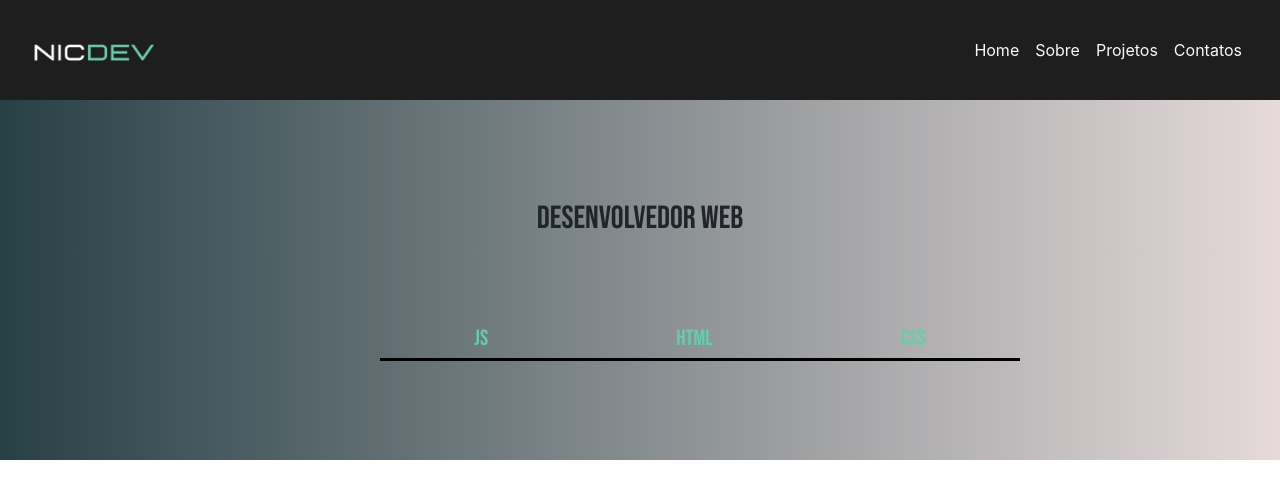
Repository: Leonngc/nicdev
Page: index.html
These files come from the project's save history. The page is drawn as it stood at one moment and after the next save; the edit follows.
The browser window is 1280 px wide. The pictures show the whole page.

Above is the page before, as saved 2023-04-14 10:45:50.

After the next save:
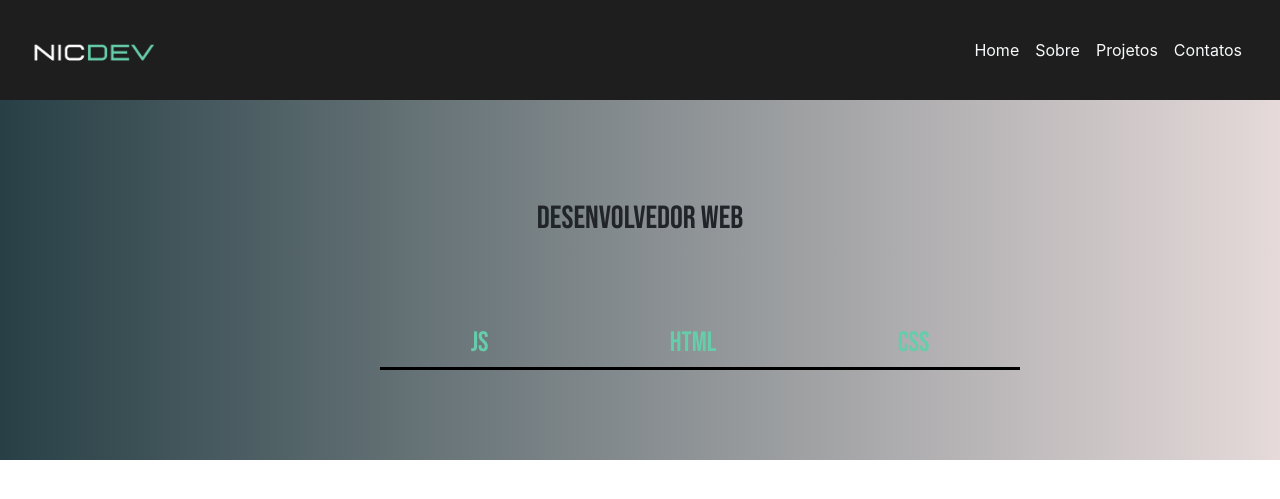
Saved 17 s later.
--- a/styles/gradiente.css
+++ b/styles/gradiente.css
@@ -30,7 +30,7 @@ background: linear-gradient(to right, #274046, #E6DADA); /* W3C, IE 10+/ Edge, F
 }
 
 .skills > span{
-    font-size: 22px;
+    font-size: 28px;
     color: #66CDAA;
     padding: 3px;
 }
